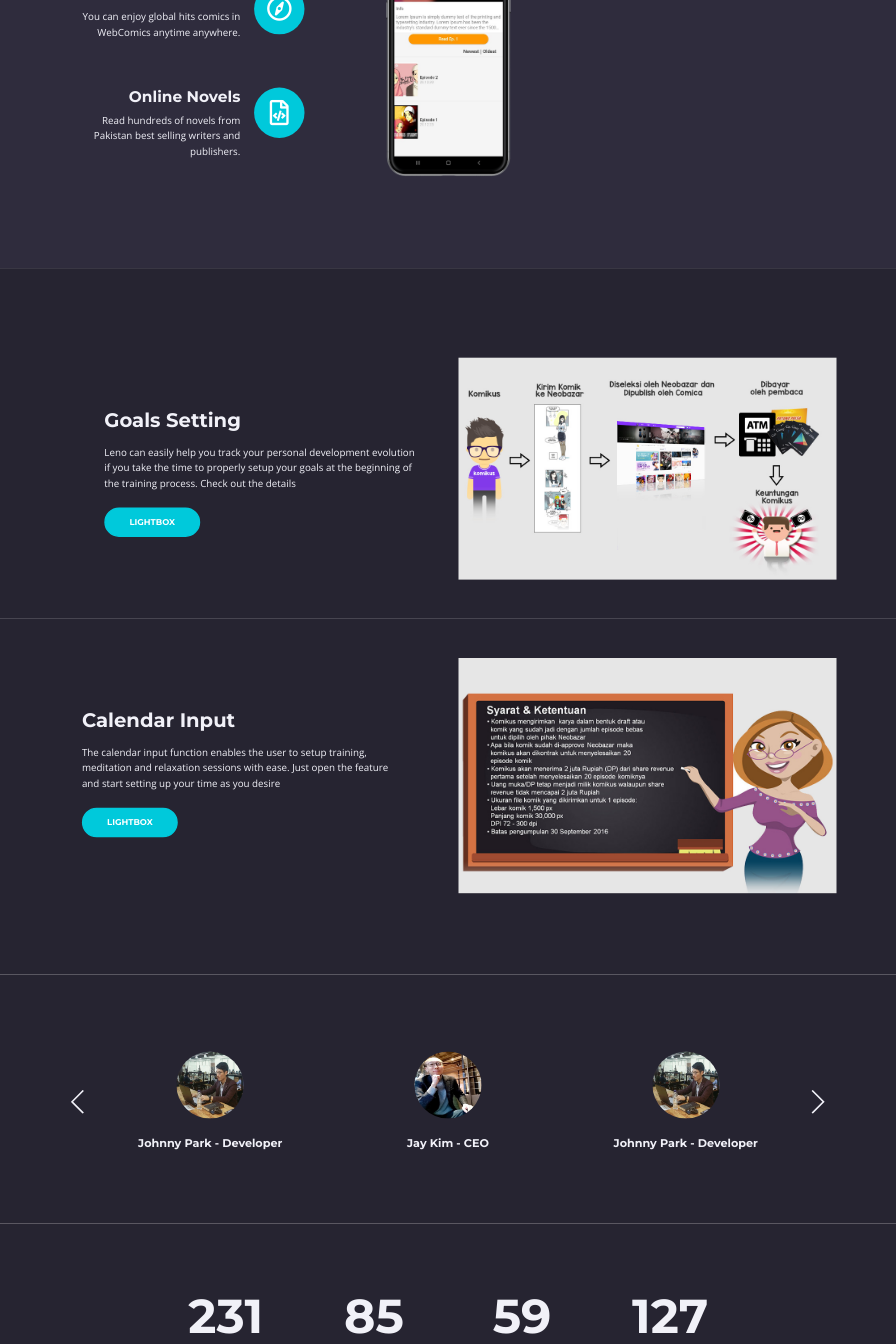
Repository: blackhat97/Homepage
Page: index.html
The author's editor kept a copy of each file at every save. The page is drawn from the files as they stood at one save, then again after the next save.
The browser window is 1280 px wide. The pictures show the part of the page from y = 1380 to 3300 px (the page is 3978 px tall), at 70% of full size.

Above is the page before, as saved 2020-04-03 12:26:18.

After the next save:
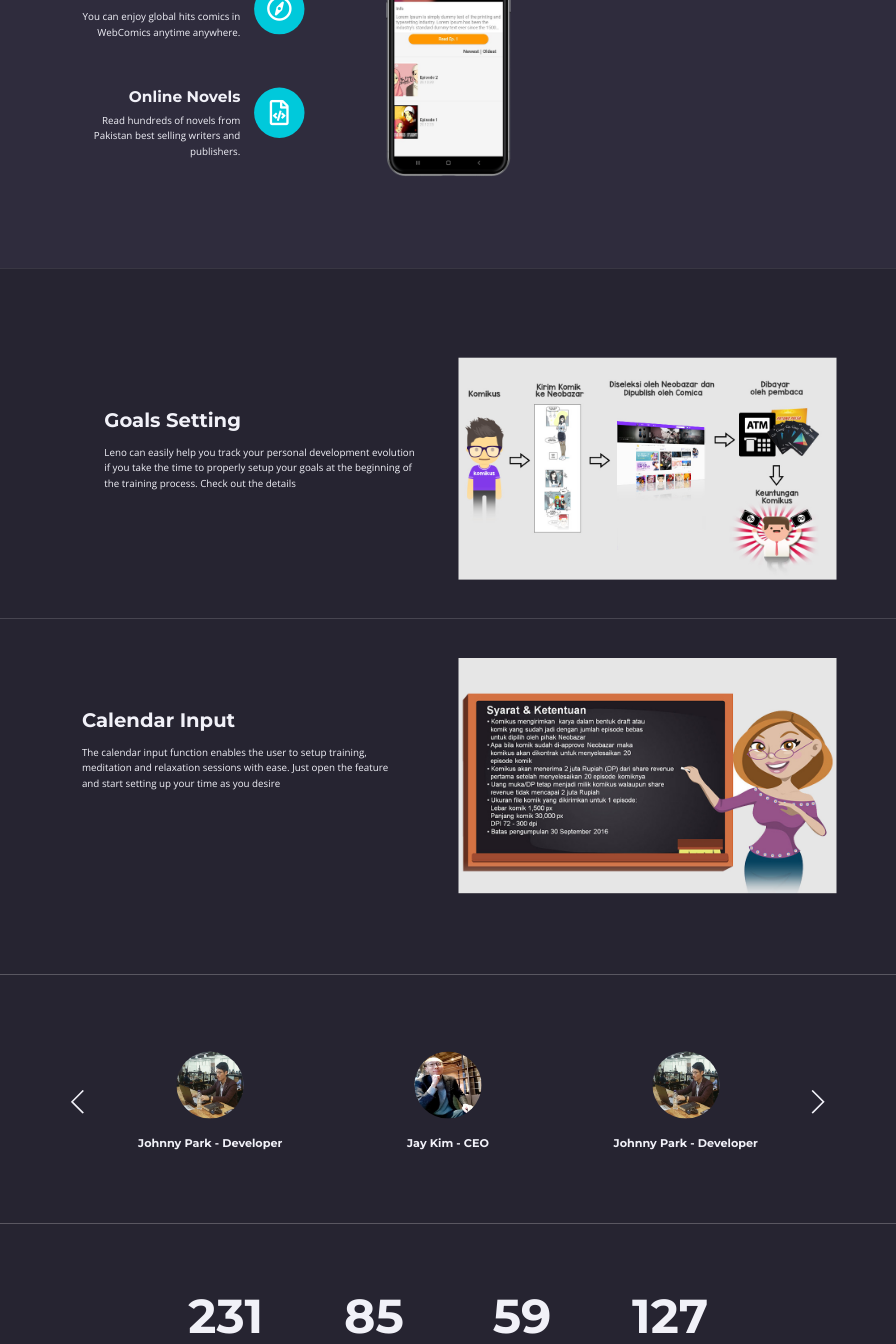
Saved 70 s later.
--- a/index.html
+++ b/index.html
@@ -224,7 +224,6 @@
                     <div class="text-container">
                         <h3>Goals Setting</h3>
                         <p>Leno can easily help you track your personal development evolution if you take the time to properly setup your goals at the beginning of the training process. Check out the details</p>
-                        <a class="btn-solid-reg popup-with-move-anim" href="#details-lightbox-1">LIGHTBOX</a>
                     </div> <!-- end of text-container -->
                 </div> <!-- end of col -->
                 <div class="col-lg-6">
@@ -245,7 +244,6 @@
                         <div class="text-container">
                             <h3>Calendar Input</h3>
                             <p>The calendar input function enables the user to setup training, meditation and relaxation sessions with ease. Just open the feature and start setting up your time as you desire</p>
-                            <a class="btn-solid-reg popup-with-move-anim" href="#details-lightbox-2">LIGHTBOX</a>
                         </div> <!-- end of text-container -->
                     </div> <!-- end of col -->
                     <div class="col-lg-6">
